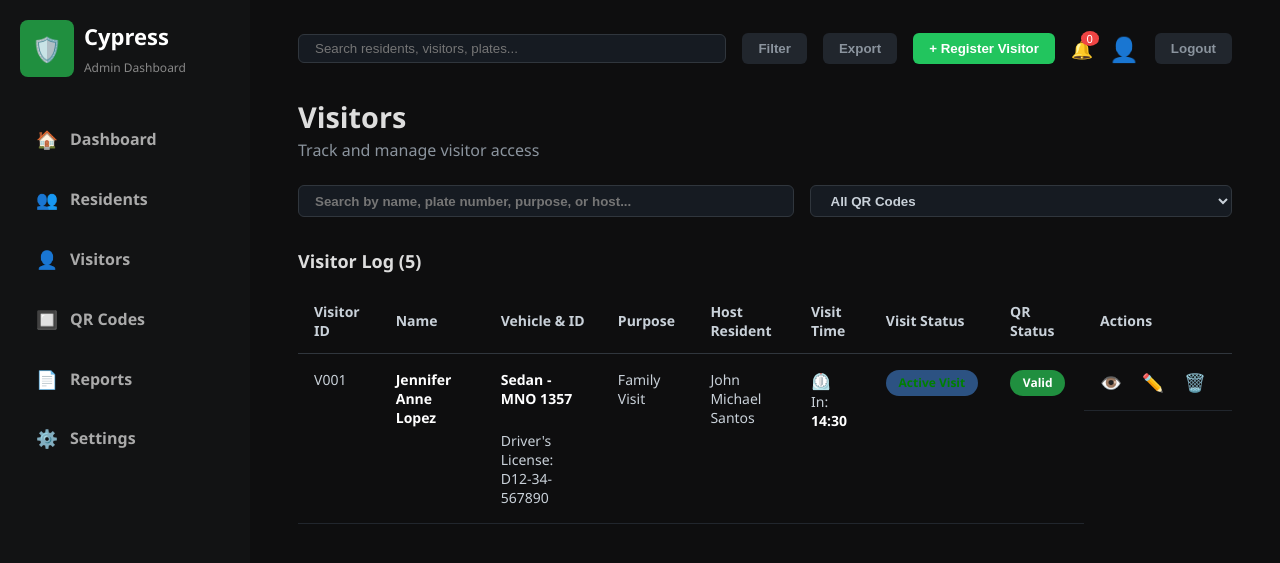
Repository: camuramon/my-project
Page: templates/admin/visitors.html
These files come from the project's save history. The page is drawn as it stood at one moment and after the next save; the edit follows.
The browser window is 1280 px wide. The pictures show the whole page.
The template is drawn by Flask 3. The application's start-up code is not run. The template is opened directly, without the code that normally fills it, so the values that code supplies are empty.

Above is the page before, as saved 2025-09-14 00:26:21.

After the next save:
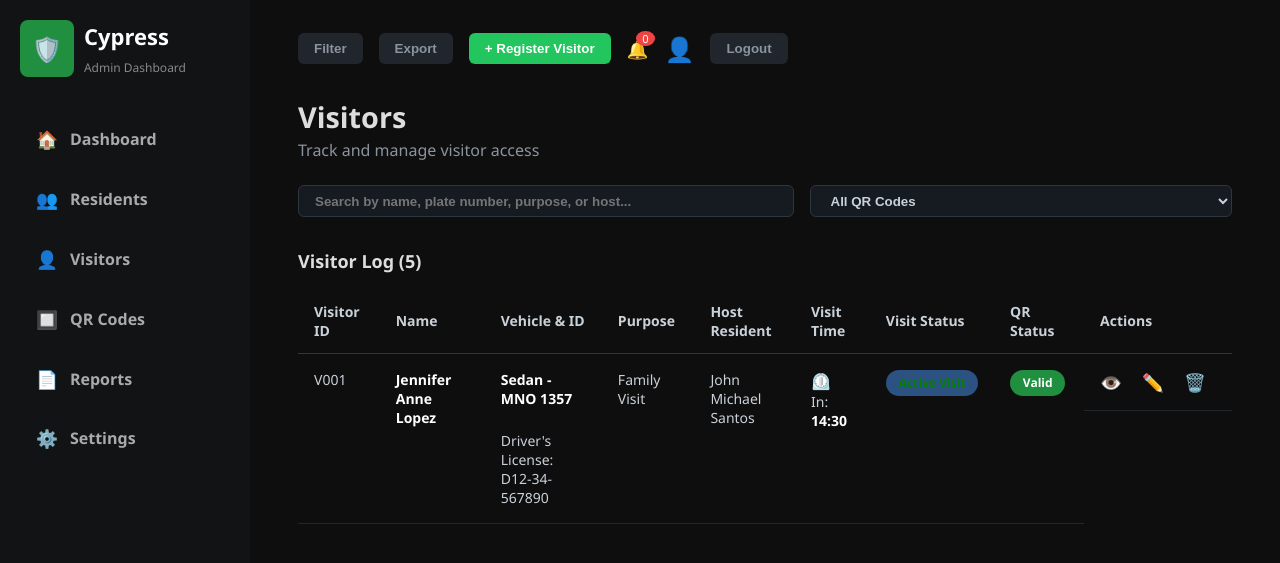
Saved 99 s later.
--- a/templates/admin/visitors.html
+++ b/templates/admin/visitors.html
@@ -45,7 +45,7 @@
 
     <main class="main-content">
         <header class="topbar">
-            <input type="search" placeholder="Search residents, visitors, plates..." />
+
             <div class="topbar-actions">
                 <button class="btn filter">Filter</button>
                 <button class="btn export">Export</button>

After the save that followed:
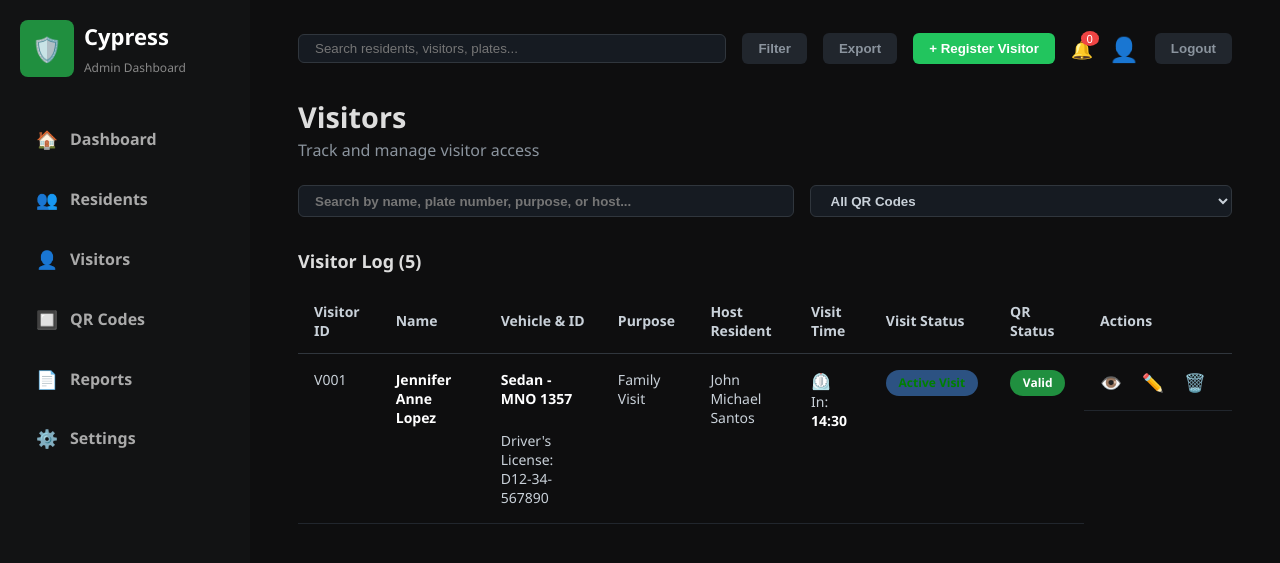
Saved 5 s later.
--- a/templates/admin/visitors.html
+++ b/templates/admin/visitors.html
@@ -45,7 +45,7 @@
 
     <main class="main-content">
         <header class="topbar">
-
+            <input type="search" placeholder="Search residents, visitors, plates..." />
             <div class="topbar-actions">
                 <button class="btn filter">Filter</button>
                 <button class="btn export">Export</button>
